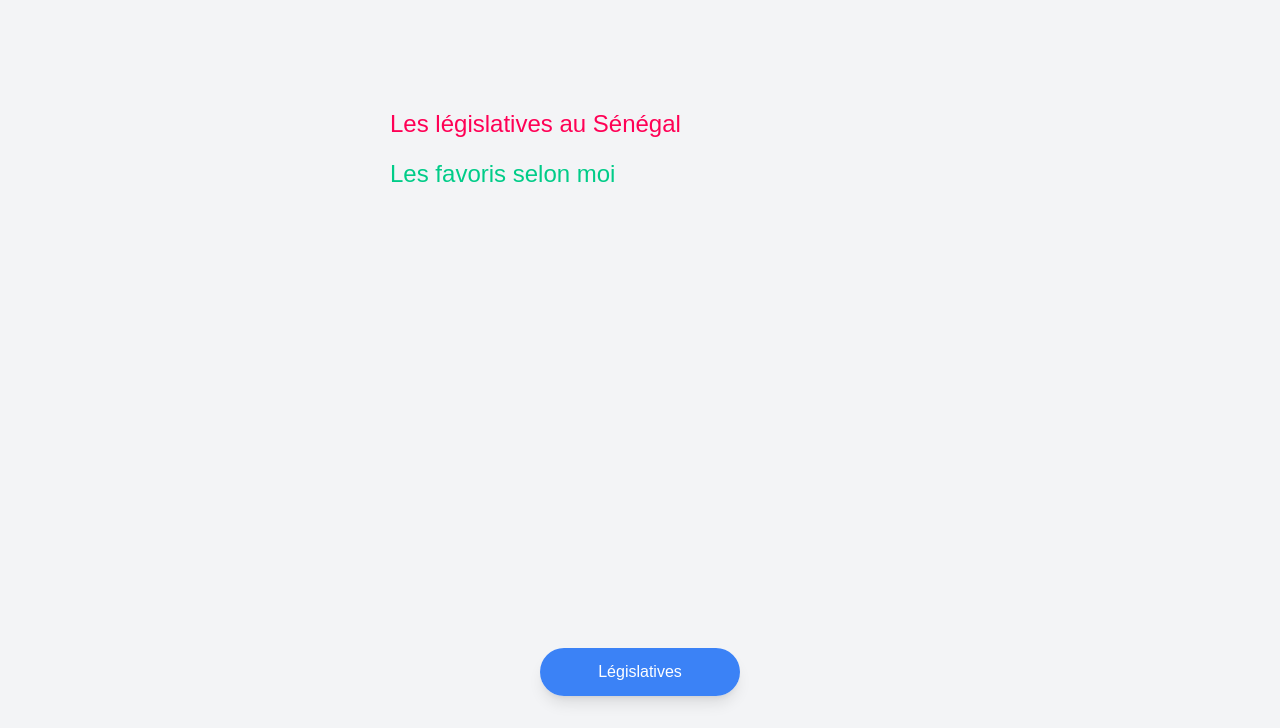
Repository: MDiouf9/legislatives
Page: /
These files come from the project's save history. The page is drawn as it stood at one moment and after the next save; the edit follows.
The browser window is 1280 px wide. The pictures show the whole page.
The project was rebuilt for these pictures with package versions that can differ from the ones it lists, and the page was loaded fresh each time. The framework's server and built-in components were replaced by stand-ins that run in the browser. Also part of the build but not shown: next.config.ts.

Above is the page before, as saved 2024-10-31 23:33:36.

After the next save:
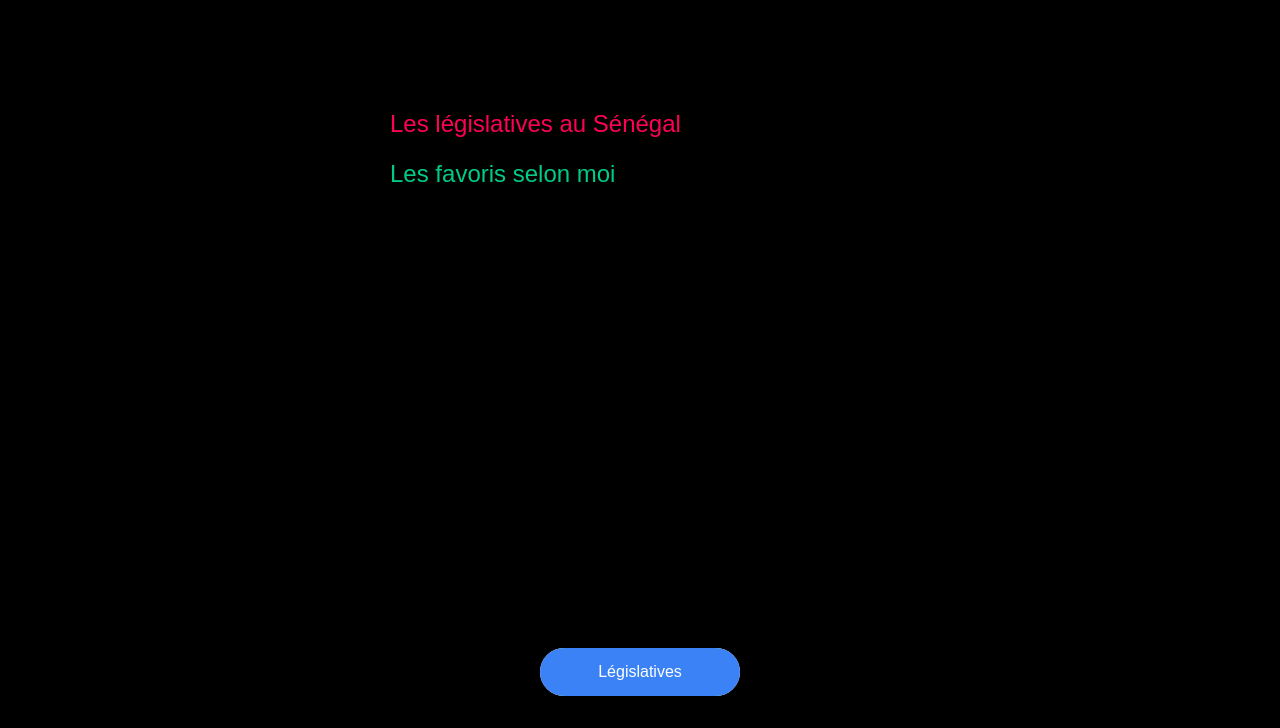
Saved 11 s later.
--- a/src/app/page.tsx
+++ b/src/app/page.tsx
@@ -9,7 +9,7 @@ export default function Page() {
   return (
 
 
-<div className="flex justify-center items-center min-h-screen bg-gray-100">
+<div className="flex justify-center items-center min-h-screen">
   <div className="max-w-md w-full px-4 py-8">
     <div className="flex flex-col justify-center items-center space-y-4">
       <Text />
